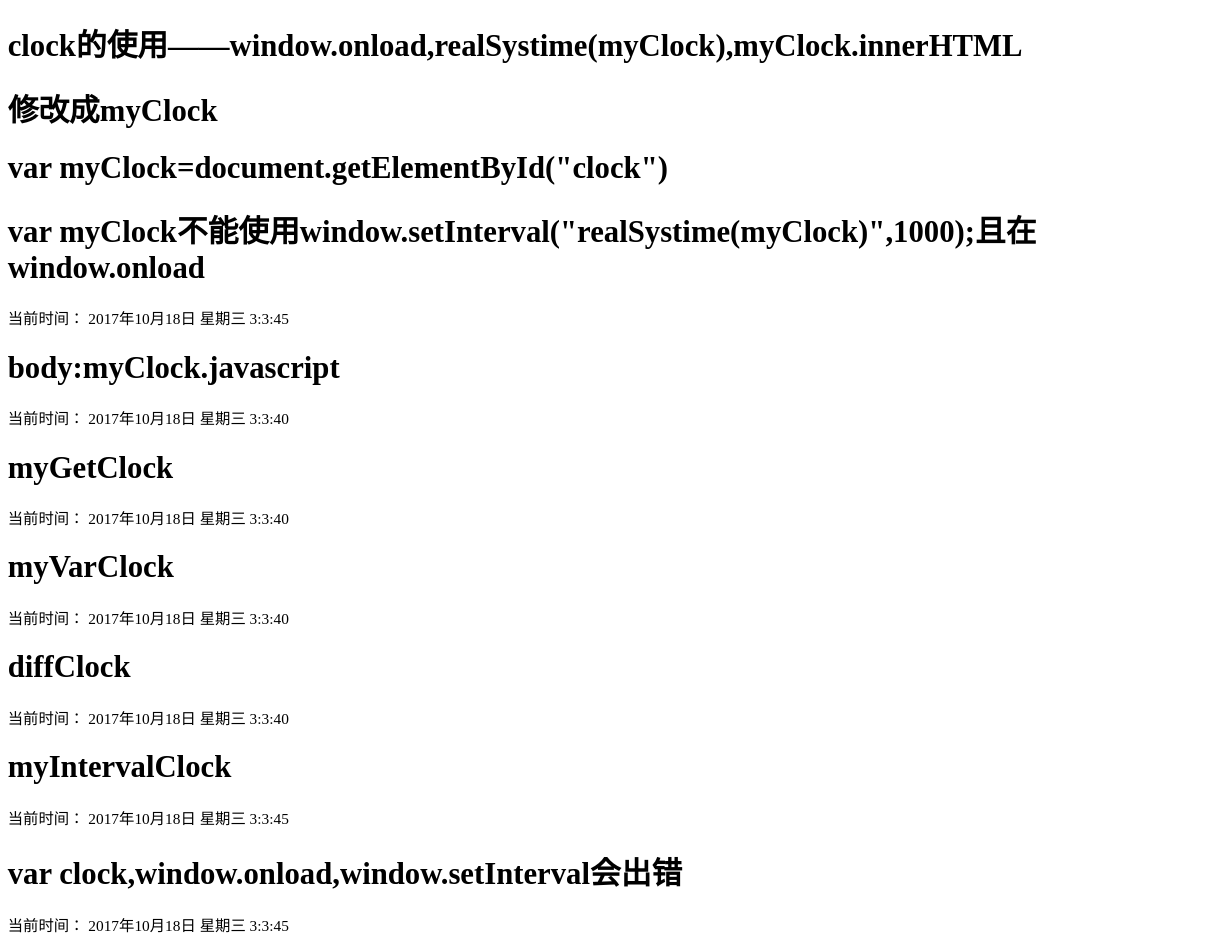
Repository: bookFireFly/bookFireFly
Page: JavaScriptMingriBook/Main/10实时显示系统时间.html
The author's editor kept a copy of each file at every save. The page is drawn from the files as they stood at one save, then again after the next save.
The browser window is 1280 px wide. The pictures show the whole page, at 96% of full size.

Above is the page before, as saved 2017-10-20 10:04:18.

### JavaScriptMingriBook/Main/10实时显示系统时间.html
<!DOCTYPE html>
<html>
<head>
<meta charset="UTF-8">
<script type="text/javascript">
function realSystime(clock){
	var now=new Date();
	var year=now.getFullYear();
	var month=now.getMonth();
	var date=now.getDate();
	var day=now.getDay();
	var hour=now.getHours();
	var minu=now.getMinutes();
	var sec=now.getSeconds();
	month=month+1
	var arr_week=new Array("星期日","星期一","星期二","星期三","星期四","星期五","星期六")
	var week=arr_week[day];
	var time=year+"年"+month+"月"+date+"日 "+week+" "+hour+":"+minu+":"+sec;
	clock.innerHTML="当前时间： "+time;
}
window.onload=function(){
	window.setInterval("realSystime(clock)",1000);
	var onLoadClock = document.getElementById("onLoadClock");
	window.setInterval("realSystime(onLoadClock)",1000);
}
</script>
<title>实时显示系统时间</title>
</head>
<body>
<h1>clock的使用——window.onload,realSystime(myClock),myClock.innerHTML</h1>
<h1>修改成myClock</h1>
<h1>var myClock=document.getElementById("clock")</h1>
<h1>var myClock不能使用window.setInterval("realSystime(myClock)",1000);且在window.onload</h1>
<div id="clock"></div>
<h1>body:myClock.javascript</h1>
<div id="myOnceClock"></div>
<script type="text/javascript">
	realSystime(myOnceClock);
</script>
<h1>myGetClock</h1>
<div id="myGetClock"></div>
<script type="text/javascript">
	realSystime(document.getElementById("myGetClock"));
</script>
<h1>myVarClock</h1>
<div id="myVarClock"></div>
<script type="text/javascript">
	var myVarClock=document.getElementById("myVarClock");
	realSystime(myVarClock);
</script>
<h1>diffClock</h1>
<div id="diffClock"></div>
<script type="text/javascript">
	var myDiffClock=document.getElementById("diffClock");
	realSystime(myDiffClock);
</script>
<h1>myIntervalClock</h1>
<div id="myIntervalClock"></div>
<script type="text/javascript">
	var myGetIntervalClock=document.getElementById("myIntervalClock");
	window.setInterval("realSystime(myGetIntervalClock)",1000);
</script>
</body>
<h1>var clock,window.onload,window.setInterval会出错</h1>
<div id="onLoadClock"></div>
</html>

After the next save:
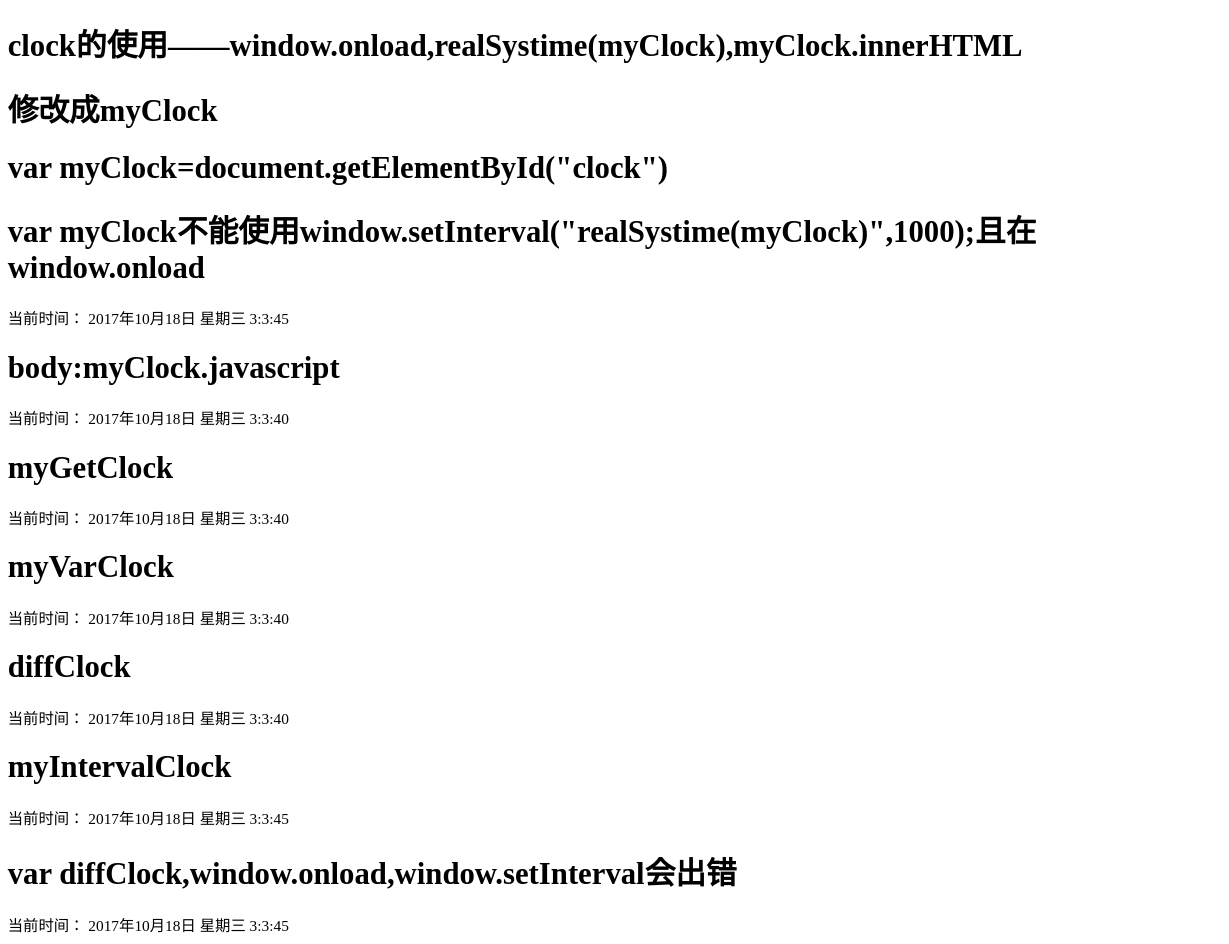
Saved 52 s later.
--- a/JavaScriptMingriBook/Main/10实时显示系统时间.html
+++ b/JavaScriptMingriBook/Main/10实时显示系统时间.html
@@ -61,6 +61,6 @@ window.onload=function(){
 	window.setInterval("realSystime(myGetIntervalClock)",1000);
 </script>
 </body>
-<h1>var clock,window.onload,window.setInterval会出错</h1>
+<h1>var diffClock,window.onload,window.setInterval会出错</h1>
 <div id="onLoadClock"></div>
 </html>
